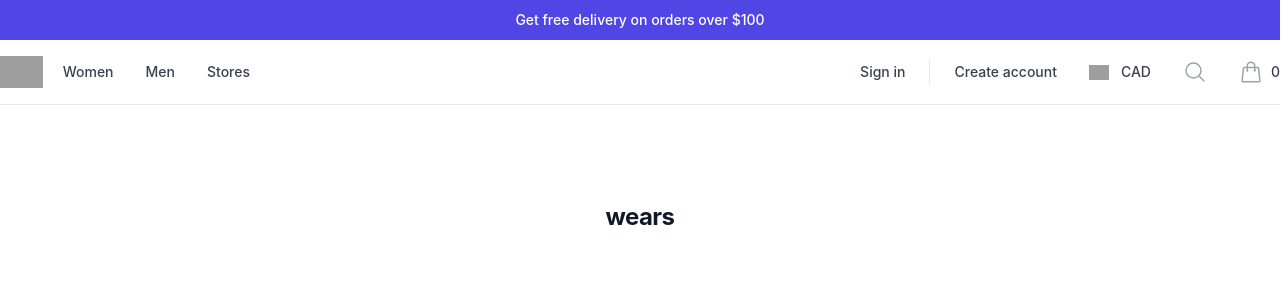
Repository: mehedi9465/Maiden_Wears
Page: /men
The author's editor kept a copy of each file at every save. The page is drawn from the files as they stood at one save, then again after the next save.
The browser window is 1280 px wide. The page is 1288 px wide, so the pictures cover 1288 px, including what lies to the right of the window. The pictures show the whole page.
Pictures or frames that could not be fetched are drawn as grey boxes. The page's requests for data from a server got no answer. The project was rebuilt for these pictures with package versions that can differ from the ones it lists, and the page was loaded fresh each time. No one was signed in, and anything a server would have sent is missing. Also part of the build but not shown: src/Components/Home/Promo/Promo.js, src/Components/Home/NewArrivals/NewArrivals.js, src/Components/Home/Brands/Brands.js, src/Components/Home/Home/Home.js, src/Components/Authentication/Login/Login.js, src/Components/Authentication/Register/Register.js.

Above is the page before, as saved 2022-12-30 16:45:06.

### src/App.js
import logo from "./logo.svg";
import "./App.css";
import Navigation from "./Components/Home/Navigation/Navigation";
import Promo from "./Components/Home/Promo/Promo";
import NewArrivals from "./Components/Home/NewArrivals/NewArrivals";
import Brands from "./Components/Home/Brands/Brands";
import Home from "./Components/Home/Home/Home";
import AuthProvider from "./Components/Authentication/context/AuthProvider";
import {
  BrowserRouter,
  BrowserRouter as Router,
  Route,
  Routes,
  useLocation,
} from "react-router-dom";
import Login from "./Components/Authentication/Login/Login";
import Register from "./Components/Authentication/Register/Register";
import Products from "./Components/Products/Products";

function App() {
  return (
    <div className="App">
      <Router>
        <AuthProvider>
          <Navigation />
          <Routes>
            <Route exact path="/" element={<Home />} />
            <Route exact path="/:routeId" element={<Products />} />
            <Route exact path="/login" element={<Login />} />
            <Route exact path="/register" element={<Register />} />
          </Routes>
        </AuthProvider>
      </Router>
    </div>
  );
}

export default App;

### src/Components/Home/Navigation/Navigation.js
import React from "react";
import { Fragment, useState } from "react";
import { Dialog, Transition } from "@headlessui/react";
import { Link } from "react-router-dom";
import {
  Bars3Icon,
  MagnifyingGlassIcon,
  ShoppingBagIcon,
  XMarkIcon,
} from "@heroicons/react/24/outline";
import useAuth from "../../Authentication/hooks/useAuth";

const pages = [
  { name: "women", href: "#" },
  { name: "men", href: "#" },
  { name: "stores", href: "#" },
];

const Navigation = () => {
  const [open, setOpen] = useState(false);
  const { user } = useAuth;
  console.log(user);

  return (
    <div className="bg-white">
      {/* Mobile menu */}
      <Transition.Root show={open} as={Fragment}>
        <Dialog as="div" className="relative z-40 lg:hidden" onClose={setOpen}>
          <Transition.Child
            as={Fragment}
            enter="transition-opacity ease-linear duration-300"
            enterFrom="opacity-0"
            enterTo="opacity-100"
            leave="transition-opacity ease-linear duration-300"
            leaveFrom="opacity-100"
            leaveTo="opacity-0"
          >
            <div className="fixed inset-0 bg-black bg-opacity-25" />
          </Transition.Child>

          <div className="fixed inset-0 z-40 flex">
            <Transition.Child
              as={Fragment}
              enter="transition ease-in-out duration-300 transform"
              enterFrom="-translate-x-full"
              enterTo="translate-x-0"
              leave="transition ease-in-out duration-300 transform"
              leaveFrom="translate-x-0"
              leaveTo="-translate-x-full"
            >
              <Dialog.Panel className="relative flex w-full max-w-xs flex-col overflow-y-auto bg-white pb-12 shadow-xl">
                <div className="flex px-4 pt-5 pb-2">
                  <button
                    type="button"
                    className="-m-2 inline-flex items-center justify-center rounded-md p-2 text-gray-400"
                    onClick={() => setOpen(false)}
                  >
                    <span className="sr-only">Close menu</span>
                    <XMarkIcon className="h-6 w-6" aria-hidden="true" />
                  </button>
                </div>

                <div className="space-y-6 border-t border-gray-200 py-6 px-4">
                  {pages.map((page) => (
                    <div key={page.name} className="flow-root ">
                      <Link
                        to={`/${page?.name}`}
                        className="-m-2 block p-2 font-medium text-gray-900"
                      >
                        <span className="capitalize">{page.name}</span>
                      </Link>
                    </div>
                  ))}
                </div>

                <div className="space-y-6 border-t border-gray-200 py-6 px-4">
                  <div className="flow-root">
                    <Link
                      to="/login"
                      className="-m-2 block p-2 font-medium text-gray-900"
                    >
                      Sign in
                    </Link>
                  </div>
                  <div className="flow-root">
                    <Link
                      to="/register"
                      className="-m-2 block p-2 font-medium text-gray-900"
                    >
                      Create account
                    </Link>
                  </div>
                </div>

                <div className="border-t border-gray-200 py-6 px-4">
                  <a href="#" className="-m-2 flex items-center p-2">
                    <img
                      src="https://tailwindui.com/img/flags/flag-canada.svg"
                      alt=""
                      className="block h-auto w-5 flex-shrink-0"
                    />
                    <span className="ml-3 block text-base font-medium text-gray-900">
                      CAD
                    </span>
                    <span className="sr-only">, change currency</span>
                  </a>
                </div>
              </Dialog.Panel>
            </Transition.Child>
          </div>
        </Dialog>
      </Transition.Root>

      {/* Mobile Menu  */}

      <header className="relative bg-white border-b border-gray-200">
        <p className="flex h-10 items-center justify-center bg-indigo-600 px-4 text-sm font-medium text-white sm:px-6 lg:px-8">
          Get free delivery on orders over $100
        </p>

        <div className="container mx-auto">
          <nav aria-label="Top" className="mx-auto w-full px-4 sm:px-0 lg:px-0">
            <div className="">
              <div className="flex h-16 items-center">
                <button
                  type="button"
                  className="rounded-md bg-white p-2 text-gray-400 lg:hidden"
                  onClick={() => setOpen(true)}
                >
                  <span className="sr-only">Open menu</span>
                  <Bars3Icon className="h-6 w-6" aria-hidden="true" />
                </button>

                {/* Logo */}
                <div className="ml-4 flex lg:ml-0">
                  <Link to="/">
                    <img
                      className="h-8 w-auto mr-5"
                      src="https://tailwindui.com/img/logos/mark.svg?color=indigo&shade=600"
                      alt=""
                    />
                  </Link>
                </div>

                {/* Flyout menus */}
                <div className="flex h-full space-x-8">
                  {pages.map((page) => (
                    <Link
                      to={`/${page?.name}`}
                      key={page.name}
                      href={page.href}
                      className="flex items-center text-sm font-medium text-gray-700 hover:text-gray-800"
                    >
                      <span className="capitalize">{page.name}</span>
                    </Link>
                  ))}
                </div>

                <div className="ml-auto flex items-center">
                  <div className="hidden lg:flex lg:flex-1 lg:items-center lg:justify-end lg:space-x-6">
                    <>
                      {user ? (
                        <p>{user?.email}</p>
                      ) : (
                        <>
                          <Link
                            to="/login"
                            className="text-sm font-medium text-gray-700 hover:text-gray-800"
                          >
                            Sign in
                          </Link>
                          <span
                            className="h-6 w-px bg-gray-200"
                            aria-hidden="true"
                          />
                          <Link
                            to="/register"
                            className="text-sm font-medium text-gray-700 hover:text-gray-800"
                          >
                            Create account
                          </Link>
                        </>
                      )}
                    </>
                  </div>

                  <div className="hidden lg:ml-8 lg:flex">
                    <a
                      href="#"
                      className="flex items-center text-gray-700 hover:text-gray-800"
                    >
                      <img
                        src="https://tailwindui.com/img/flags/flag-canada.svg"
                        alt=""
                        className="block h-auto w-5 flex-shrink-0"
                      />
                      <span className="ml-3 block text-sm font-medium">
                        CAD
                      </span>
                      <span className="sr-only">, change currency</span>
                    </a>
                  </div>

                  {/* Search */}
                  <div className="flex lg:ml-6">
                    <a
                      href="#"
                      className="p-2 text-gray-400 hover:text-gray-500"
                    >
                      <span className="sr-only">Search</span>
                      <MagnifyingGlassIcon
                        className="h-6 w-6"
                        aria-hidden="true"
                      />
                    </a>
                  </div>

                  {/* Cart */}
                  <div className="ml-4 flow-root lg:ml-6">
                    <a href="#" className="group -m-2 flex items-center p-2">
                      <ShoppingBagIcon
                        className="h-6 w-6 flex-shrink-0 text-gray-400 group-hover:text-gray-500"
                        aria-hidden="true"
                      />
                      <span className="ml-2 text-sm font-medium text-gray-700 group-hover:text-gray-800">
                        0
                      </span>
                      <span className="sr-only">items in cart, view bag</span>
                    </a>
                  </div>
                </div>
              </div>
            </div>
          </nav>
        </div>
      </header>
      {/* Big Screen menu */}
    </div>
  );
};

export default Navigation;

### src/Components/Authentication/context/AuthProvider.js
import React, { createContext } from 'react';
import useFirebase from '../hooks/useFirebase';

export const AuthContext = createContext();

const AuthProvider = ({ children }) => {
    const allContext = useFirebase();
    return (
        <AuthContext.Provider value={allContext}>
            { children }
        </AuthContext.Provider>
    );
};

export default AuthProvider;

### src/Components/Products/Products.js
import React, { useEffect, useState } from "react";
import { useParams } from "react-router";
import axios from "axios";

const Products = () => {
  const [products, setProducts] = useState([]);
  const [stores, setStores] = useState([]);
  const { routeId } = useParams();

  useEffect(() => {
    if (routeId === "stores") {
      axios
        .get(
          `https://raw.githubusercontent.com/mehedi9465/Data-files/main/store.json`
        )
        .then(({ data }) => setStores(data));
    }
    axios
      .get(
        `https://raw.githubusercontent.com/mehedi9465/Data-files/main/products.json`
      )
      .then(({ data }) => {
        console.log(data);
        const filtered = data.filter((product) => product.cate === routeId);
        console.log(filtered);
        setProducts(filtered);
      });
  }, [routeId]);

  return (
    <div className="bg-white container mx-auto">
      <div className="mx-auto max-w-2xl py-16 px-4 sm:py-24 sm:px-6 lg:max-w-7xl lg:px-8">
        <h2 className="text-2xl font-bold tracking-tight text-gray-900">
          {<p className="">{ routeId } wears</p>}
        </h2>

        <div className="mt-6 grid grid-cols-1 gap-y-10 gap-x-6 sm:grid-cols-2 lg:grid-cols-4 xl:gap-x-8">
          {routeId === "stores" ? (
            <>
              {stores.map((store) => (
                <div key={store.id} className="group relative">
                  <div className="min-h-80 aspect-w-1 aspect-h-1 w-full overflow-hidden rounded-md bg-gray-200 group-hover:opacity-75 lg:aspect-none lg:h-80">
                    <img
                      src={store.img}
                      alt="Store logo"
                      className="h-full w-full object-cover object-center lg:h-full lg:w-full"
                    />
                  </div>
                </div>
              ))}
            </>
          ) : (
            <>
              {products.map((product) => (
                <div key={product.id} className="group relative">
                  <div className="min-h-80 aspect-w-1 aspect-h-1 w-full overflow-hidden rounded-md bg-gray-200 group-hover:opacity-75 lg:aspect-none lg:h-80">
                    <img
                      src={product.imageSrc}
                      alt={product.imageAlt}
                      className="h-full w-full object-cover object-center lg:h-full lg:w-full"
                    />
                  </div>
                  <div className="mt-4 flex justify-between">
                    <div>
                      <h3 className="text-sm text-gray-700">
                        <a href={product.href}>
                          <span
                            aria-hidden="true"
                            className="absolute inset-0"
                          />
                          {product.name}
                        </a>
                      </h3>
                      <p className="mt-1 text-sm text-gray-500">
                        {product.color}
                      </p>
                    </div>
                    <p className="text-sm font-medium text-gray-900">
                      {product.price}
                    </p>
                  </div>
                </div>
              ))}
            </>
          )}
        </div>
      </div>
    </div>
  );
};

export default Products;

### src/Components/Authentication/hooks/useAuth.js
import { useContext } from "react"
import { AuthContext } from "../context/AuthProvider";

const useAuth = () => {
    return useContext(AuthContext)
}

export default useAuth;

### src/Components/Authentication/hooks/useFirebase.js
import { useEffect, useState } from "react";
import initializeAuth from "../Firebase/Firebase.initialize";
import {
  GoogleAuthProvider,
  getAuth,
  signInWithPopup,
  onAuthStateChanged,
  signOut,
  createUserWithEmailAndPassword,
  updateProfile,
  signInWithEmailAndPassword,
} from "firebase/auth";
import swal from "sweetalert";
import axios from "axios";

initializeAuth();

const useFirebase = () => {
  const [user, setUser] = useState({});
  const [error, setError] = useState("");
  const [isLoading, setIsLoading] = useState(true);
  const [isAdmin, setIsAdmin] = useState(false);

  const auth = getAuth();
  const googleProvider = new GoogleAuthProvider();

  const googleSignIn = (location, history) => {
    setIsLoading(true);
    signInWithPopup(auth, googleProvider)
      .then((res) => {
        const user = res.user;
        saveUser(user.email, user.displayName, "PUT");
        setError("");
        const des = location?.state?.from || "/";
        history.replace(des);
      })
      .catch((e) => setError(e.message))
      .finally(() => setIsLoading(false));
  };

  const registerUser = (name, email, password) => {
    setIsLoading(true);
    createUserWithEmailAndPassword(auth, email, password)
      .then((userCredential) => {
        setError("");
        saveUser(email, name, "POST");
        updateProfile(auth.currentUser, {
          displayName: name,
        })
          .then(() => {})
          .catch((e) => setError(e.message));
      })
      .catch((e) => setError(e.message))
      .finally(() => setIsLoading(false));
  };

  const loginUser = (email, password, location, history) => {
    setIsLoading(true);
    signInWithEmailAndPassword(auth, email, password)
      .then((userCredential) => {
        setError("");
        const des = location?.state?.from || "/";
        history.replace(des);
      })
      .catch((e) => setError(e.message))
      .finally(() => setIsLoading(false));
  };

  const logOut = () => {
    signOut(auth)
      .then(() => {})
      .catch((e) => setError(e.message));
  };

  const saveUser = (email, displayName, method) => {
    const user = { email, displayName };
    fetch("https://bikezone-server-hg7c.onrender.com/users", {
      method: method,
      headers: {
        "content-type": "application/json",
      },
      body: JSON.stringify(user),
    })
      .then((res) => res.json())
      .then((data) => {
        console.log(data);
        if (data.insertedId || data.acknowledged) {
          swal({
            title: "Welcome!",
            icon: "success",
            button: "ok",
          });
        } else {
          swal({
            title: "Something Went Wrong!",
            icon: "error",
            button: "ok",
          });
        }
      });
  };

  useEffect(() => {
    onAuthStateChanged(auth, (user) => {
      if (user) {
        setUser(user);
      } else {
        setUser({});
      }
      setIsLoading(false);
    });
  }, [auth]);

  useEffect(() => {
    if (user?.email) {
      axios
        .get(
          `https://bikezone-server-hg7c.onrender.com/users?email=${user?.email}`
        )
        .then(({ data }) => setIsAdmin(data.admin));
    }
  }, [user?.email]);

  return {
    user,
    error,
    isLoading,
    isAdmin,
    googleSignIn,
    registerUser,
    loginUser,
    logOut,
  };
};

export default useFirebase;

### src/Components/Authentication/Firebase/Firebase.initialize.js
import { initializeApp } from "firebase/app";
import firebaseConfig from "./Firebase.config";

const initializeAuth = () => {
    initializeApp(firebaseConfig);
}

export default initializeAuth;

### src/Components/Authentication/Firebase/Firebase.config.js
const firebaseConfig = {
  apiKey: process.env.REACT_APP_API_KEY,
  authDomain: process.env.REACT_APP_AUTH_DOMAIN,
  projectId: process.env.REACT_APP_PROJECT_ID,
  storageBucket: process.env.REACT_APP_STORAGE_BUCKET,
  messagingSenderId: process.env.REACT_APP_MESSAGING_SENDER_ID,
  appId: process.env.REACT_APP_ID,
};

export default firebaseConfig;

Loaded but not shown: public/index.html (common file); src/index.js (common file); src/index.css (common file); src/reportWebVitals.js (common file); src/App.css (common file); tailwind.config.js (common file)

After the next save:
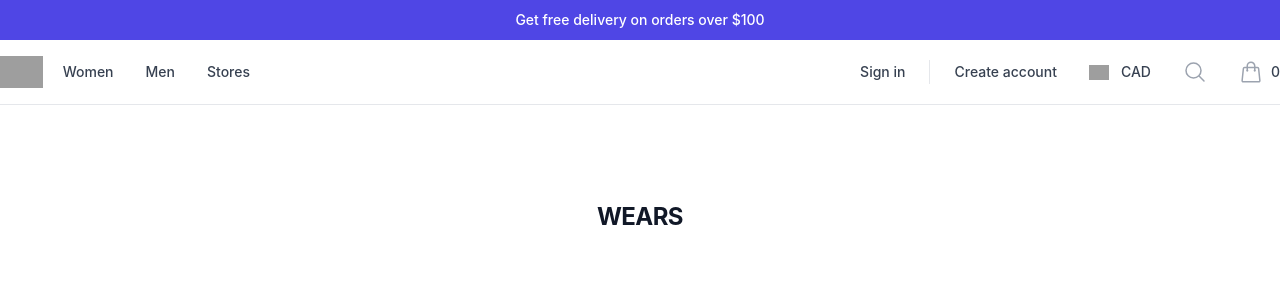
Saved 4 s later.
--- a/src/Components/Products/Products.js
+++ b/src/Components/Products/Products.js
@@ -31,7 +31,7 @@ const Products = () => {
     <div className="bg-white container mx-auto">
       <div className="mx-auto max-w-2xl py-16 px-4 sm:py-24 sm:px-6 lg:max-w-7xl lg:px-8">
         <h2 className="text-2xl font-bold tracking-tight text-gray-900">
-          {<p className="">{ routeId } wears</p>}
+          {<p className="uppercase">{ routeId } wears</p>}
         </h2>
 
         <div className="mt-6 grid grid-cols-1 gap-y-10 gap-x-6 sm:grid-cols-2 lg:grid-cols-4 xl:gap-x-8">
